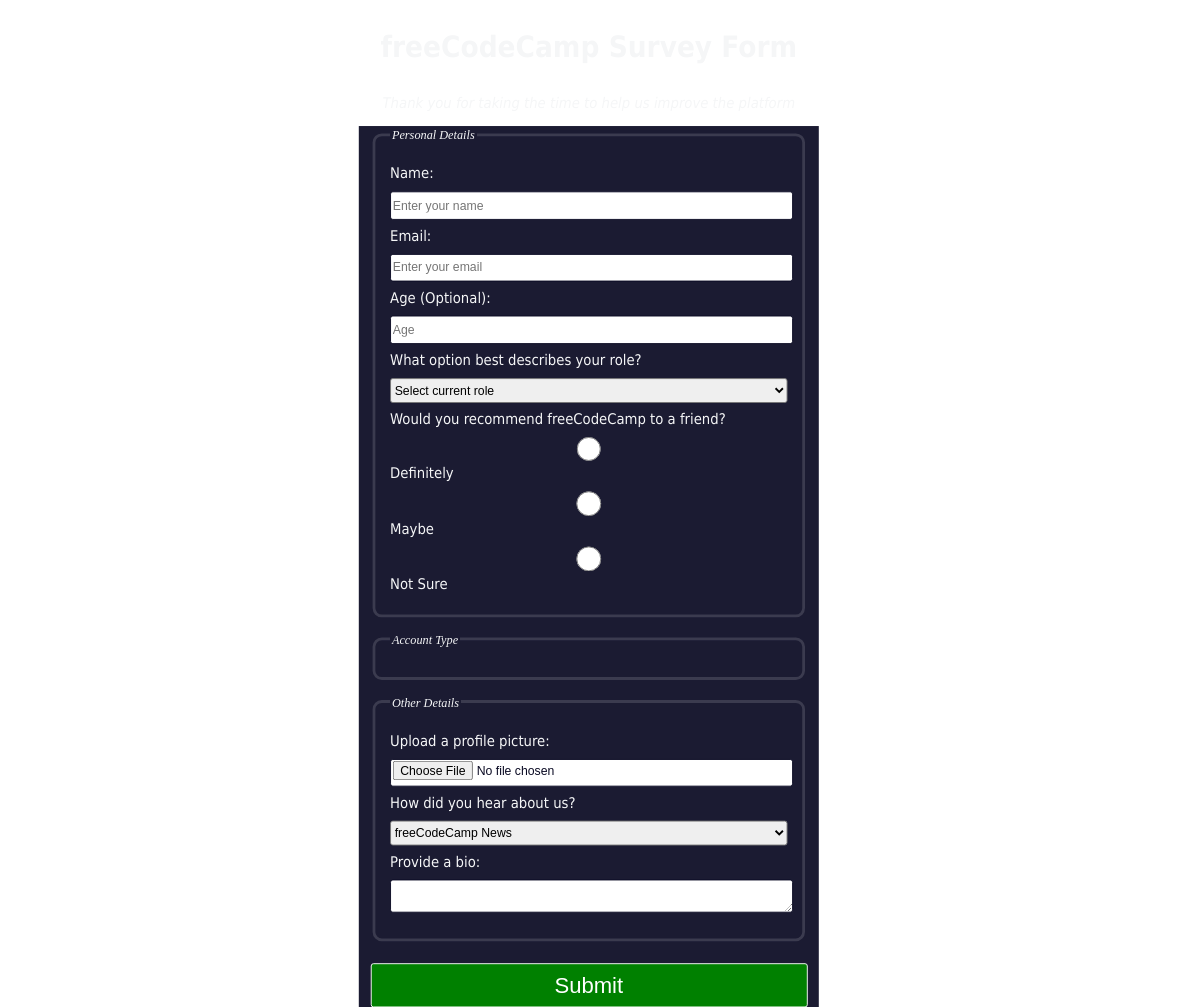
Repository: Lungdjos/survey_form_certification
Page: index.html
The author's editor kept a copy of each file at every save. The page is drawn from the files as they stood at one save, then again after the next save.
The browser window is 1280 px wide. The pictures show the whole page, at 92% of full size.

Above is the page before, as saved 2023-09-30 03:39:44.

After the next save:
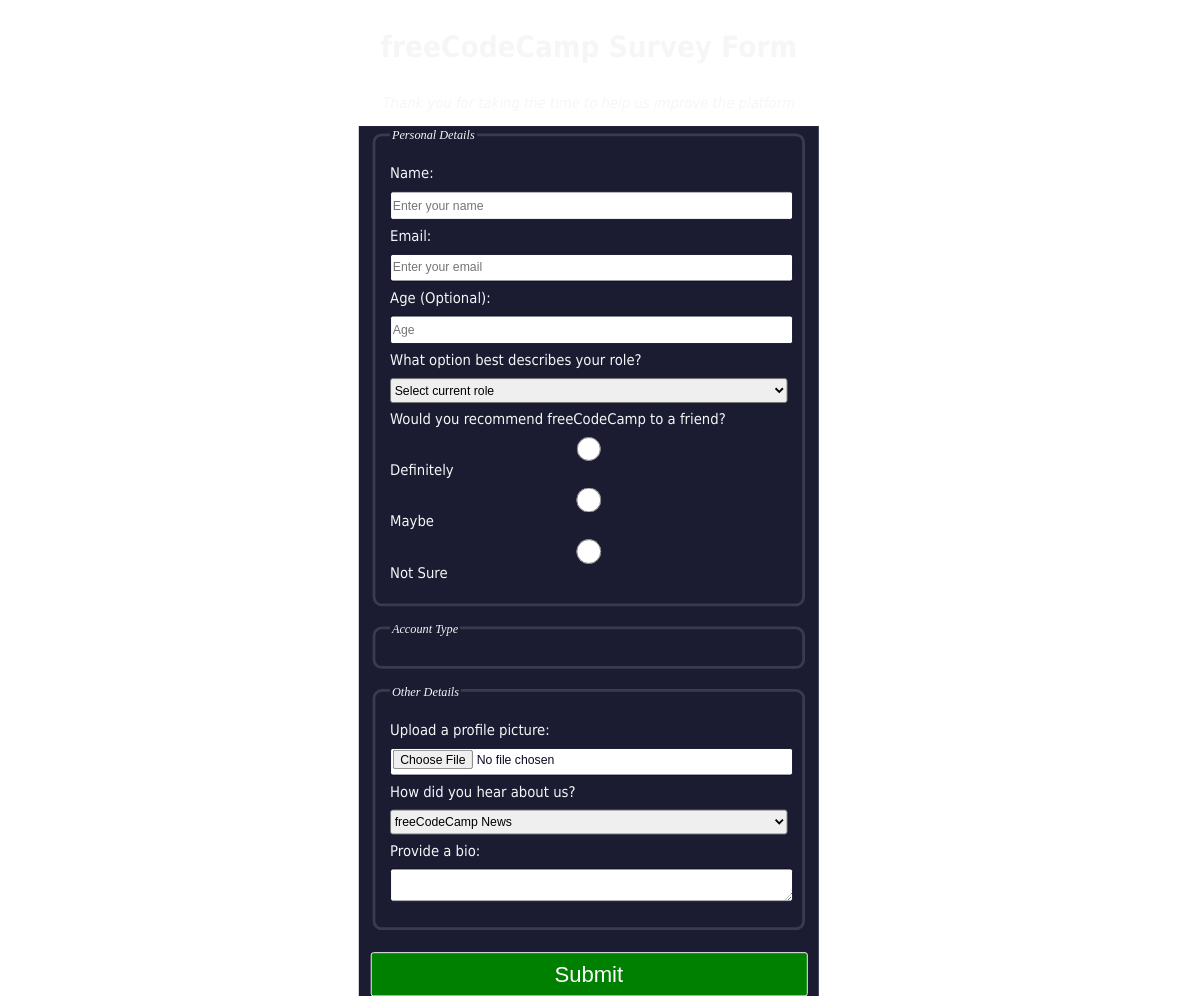
Saved 3 min 24 s later.
--- a/styles.css
+++ b/styles.css
@@ -74,6 +74,23 @@
     justify-content: left;
 }
 
+
+/* Style the radio buttons to make them visually aligned with the labels */
+
+input[type="radio"] {
+    vertical-align: middle;
+    /* Align radio buttons vertically with the text */
+    margin-right: 5px;
+    /* Add some spacing between the radio button and text */
+}
+
+
+/* Add some margin between each radio button and text */
+
+label input[type="radio"]+label {
+    margin-right: 15px;
+}
+
 legend {
     font-style: italic;
     font-family: 'Times New Roman', Times, serif;
